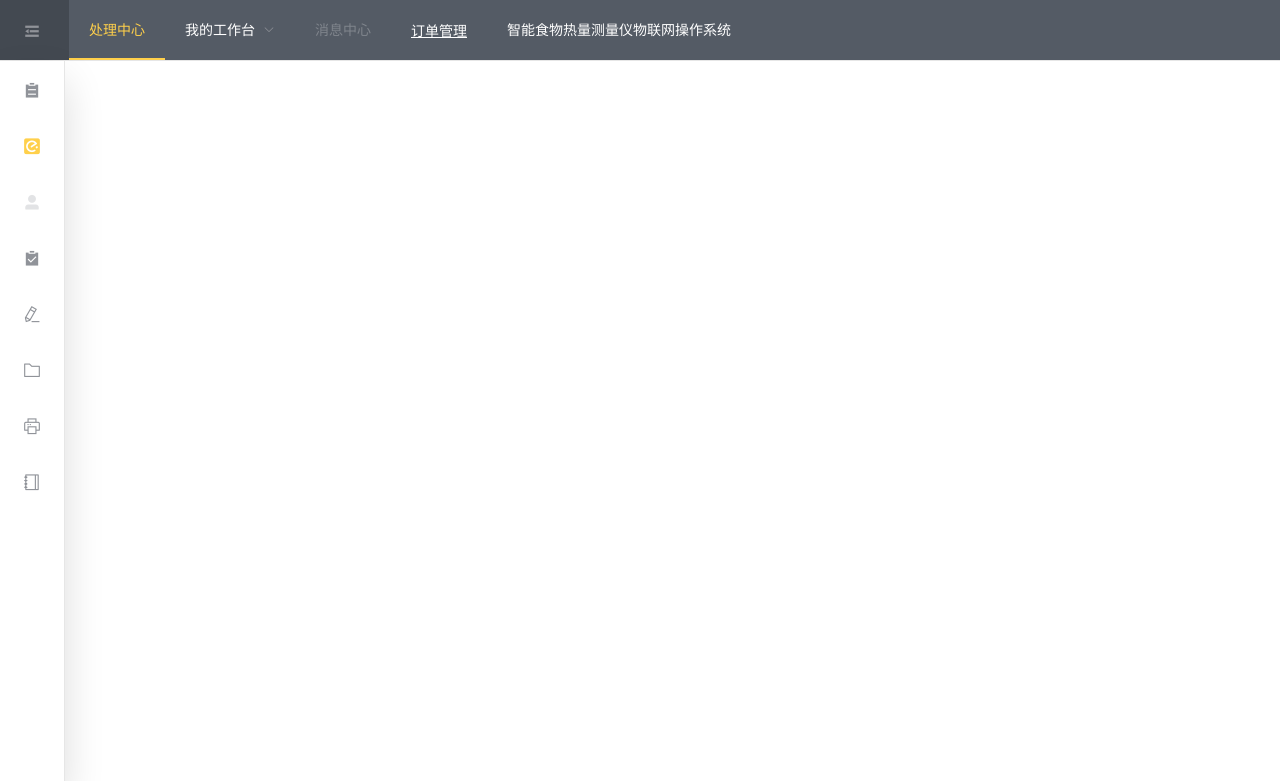
Repository: darkchoco10099/vue_django_project
Page: / (app in frontend/)
These files come from the project's save history. The page is drawn as it stood at one moment and after a run of saves; the edit follows.
The browser window is 1280 px wide. The pictures show the whole page.
The project was rebuilt for these pictures with package versions that can differ from the ones it lists, and the page was loaded fresh each time. Also part of the build but not shown: frontend/vue.config.js.

Above is the page before, as saved 2022-05-02 15:46:21.

After the next 3 saves:
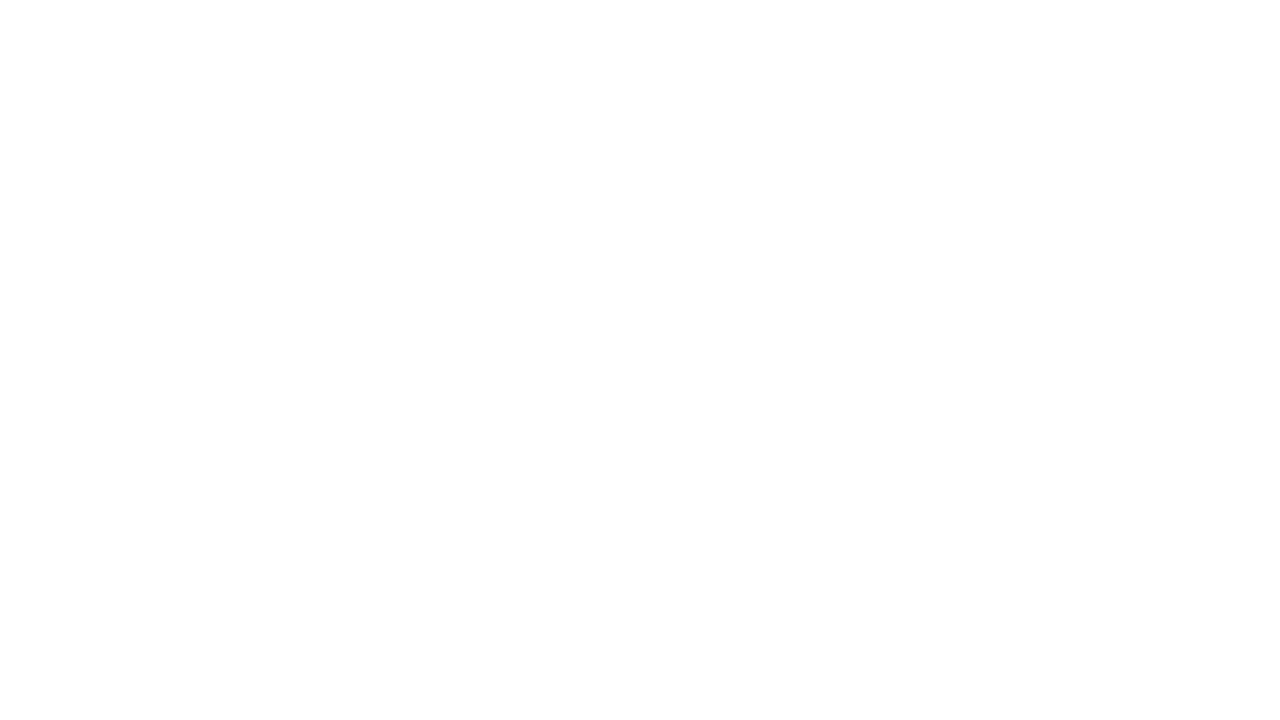
Console error: ReferenceError: VueRouter is not defined
The 3 saves are shown as one change because they came seconds apart.
The last was saved 9 min 26 s later.
--- a/frontend/src/router/index.js
+++ b/frontend/src/router/index.js
@@ -4,6 +4,13 @@ import Router from 'vue-router'
 // import Chufangsheding from '@/page/chufangsheding'
 // import { component } from 'vue/types/umd'
 Vue.use(Router)
+
+const originalPush = VueRouter.prototype.push
+
+VueRouter.prototype.push = function push(location) {
+  return originalPush.call(this, location).catch(err => err)
+}
+
 
 export default new Router({
   routes: [

After the 5 saves that followed:
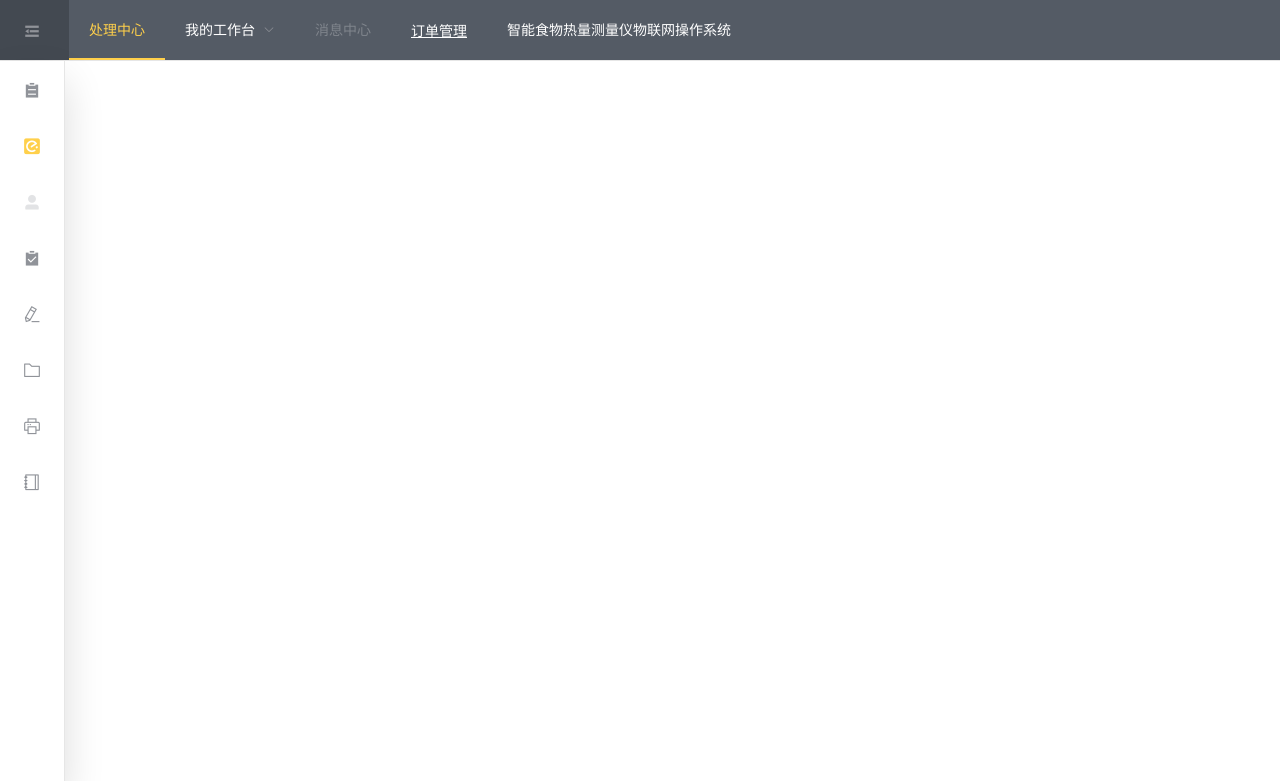
The error is gone.
The 5 saves are shown as one change because 2 left the picture as it was and some came seconds apart.
The last was saved 4 min 3 s later.
--- a/frontend/src/router/index.js
+++ b/frontend/src/router/index.js
@@ -1,5 +1,7 @@
 import Vue from 'vue'
 import Router from 'vue-router'
+import VueRouter from 'vue-router'
+
 // import HelloWorld from '@/components/HelloWorld'
 // import Chufangsheding from '@/page/chufangsheding'
 // import { component } from 'vue/types/umd'
